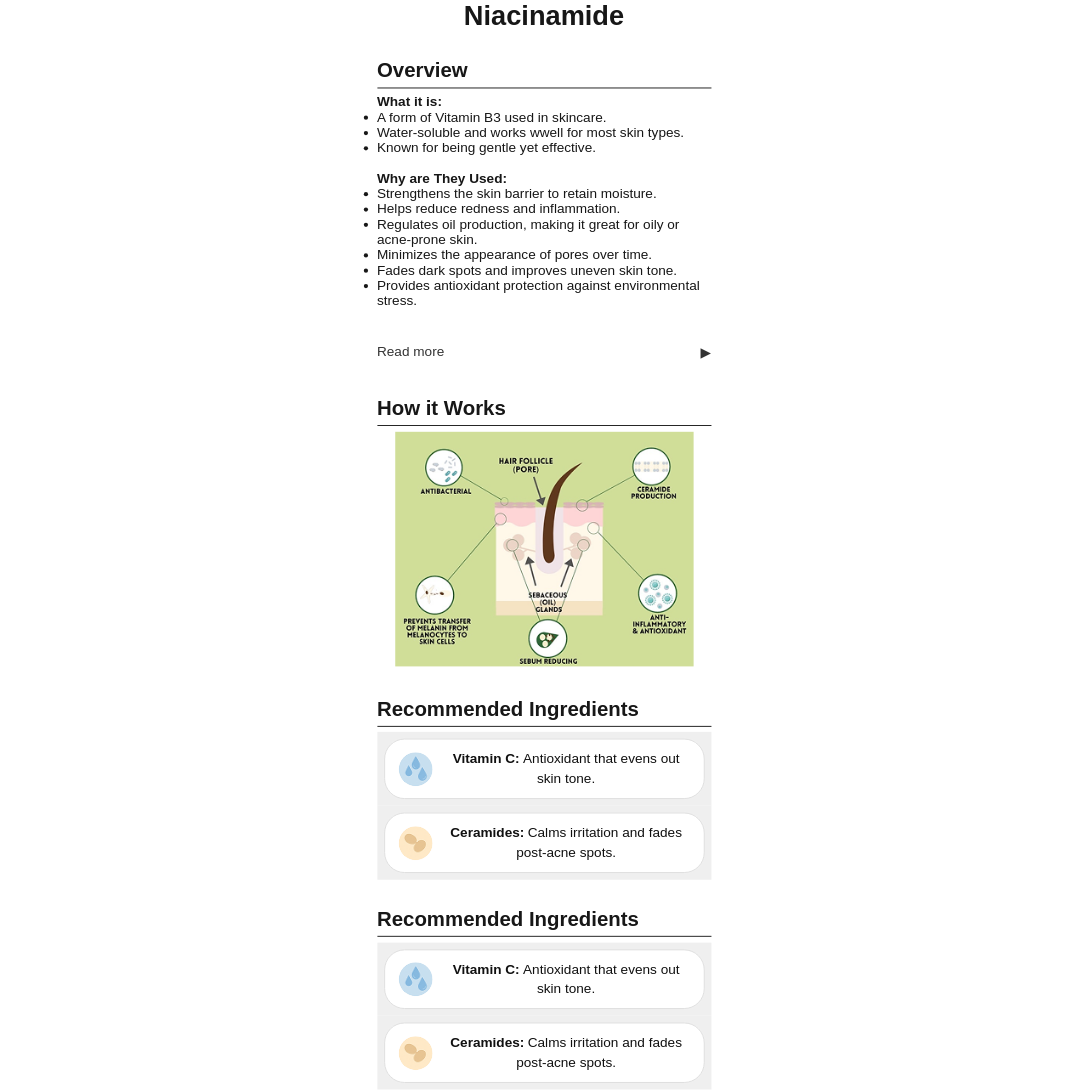
Repository: Esteb4ncd/DermaKnight_WebApp
Page: / (app in dermaknight/)
These files come from the project's save history. The page is drawn as it stood at one moment and after a run of saves; the edit follows.
The browser window is 1280 px wide. The pictures show the whole page, at 85% of full size.
The project was rebuilt for these pictures with package versions that can differ from the ones it lists, and the page was loaded fresh each time. The framework's server and built-in components were replaced by stand-ins that run in the browser. Also part of the build but not shown: dermaknight/next.config.mjs, dermaknight/app/page.module.css, dermaknight/app/ui/toggleDropdown/toggleDropdown.module.css.

Above is the page before, as saved 2025-05-12 13:45:40.

After the next 2 saves:
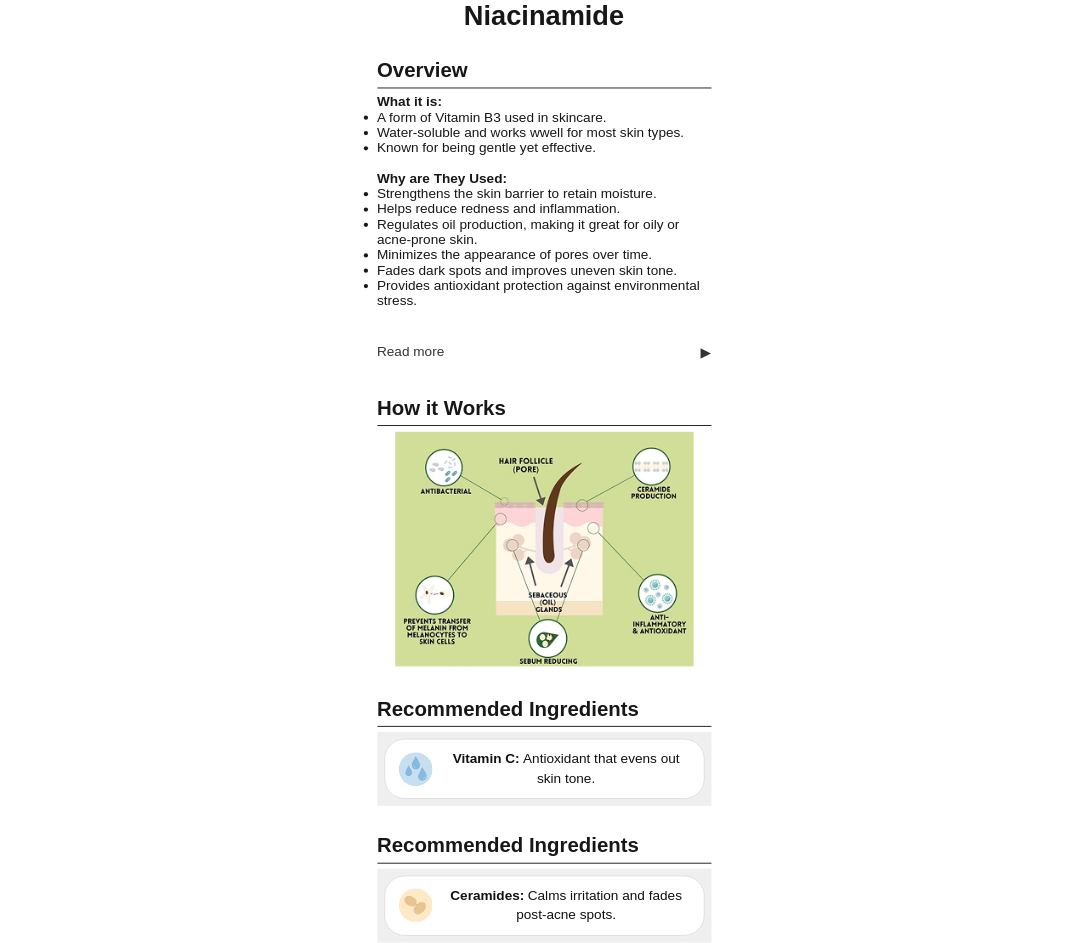
The 2 saves are shown as one change because they came seconds apart.
The last was saved 25 s later.
--- a/dermaknight/app/page.js
+++ b/dermaknight/app/page.js
@@ -167,7 +167,7 @@ export default function Home() {
           <h2 style={{ "text-align": "left" }}>Recommended Ingredients</h2>
           <hr style={{ border: "none", borderTop: "1px solid black", margin: "0.4rem 0" }} />
 
-        {["Vitamin C", "Ceramides"].map((key) => {
+        {["Vitamin C"].map((key) => {
           const item = ingredients.find((i) => i.name.startsWith(key));
             return (
               <Ingredients
@@ -186,7 +186,7 @@ export default function Home() {
         <h2 style={{ "text-align": "left" }}>Recommended Ingredients</h2>
         <hr style={{ border: "none", borderTop: "1px solid black", margin: "0.4rem 0" }} />
 
-        {["Vitamin C", "Ceramides"].map((key) => {
+        {["Ceramides"].map((key) => {
           const item = ingredients.find((i) => i.name.startsWith(key));
             return (
               <Ingredients
